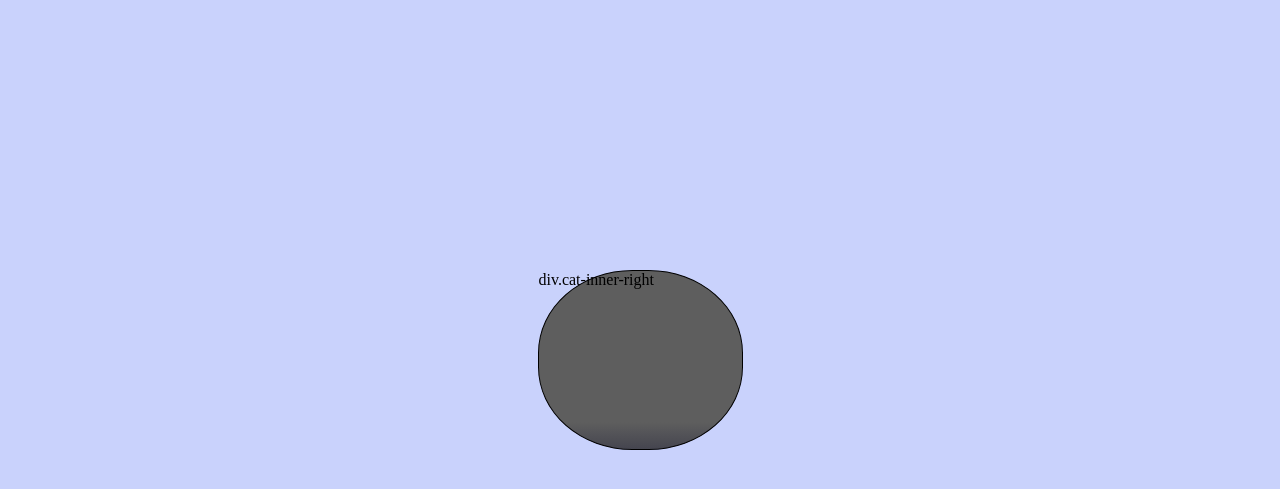
Repository: Lungdjos/cat_painting
Page: index.html
An editor plug-in stored every save of this project. The page is shown before and after the next save, followed by the edit.
The browser window is 1280 px wide. The pictures show the whole page.

Above is the page before, as saved 2023-11-07 23:01:49.

After the next save:
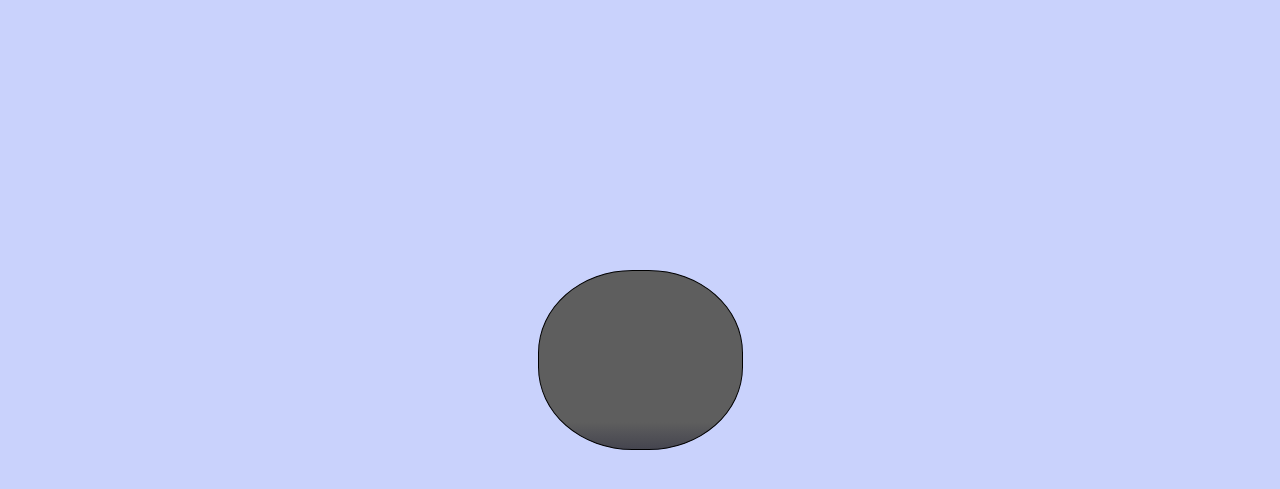
Saved 4 s later.
--- a/index.html
+++ b/index.html
@@ -13,7 +13,7 @@
         <div class="cat-head">
             <div class="cat-ears">
                 <div class="cat-right-ear">
-                    div.cat-inner-right
+                    <div class="cat-inner-right-ear"></div>
                 </div>
                 <div class="cat-left-ear"></div>
             </div>
